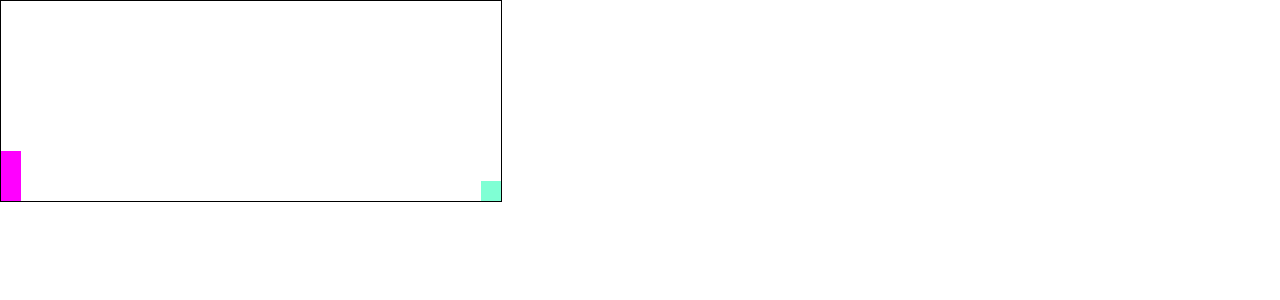
Repository: thecptwaffles/bad-game
Page: index.html
These files come from the project's save history. The page is drawn as it stood at one moment and after the next save; the edit follows.
The browser window is 1280 px wide. The pictures show the whole page.

Above is the page before, as saved 2022-02-04 20:46:39.

### index.html
<!DOCTYPE html>
<html lang="en" onclick="jump()">

<head>
    <meta charset="UTF-8">
    <meta http-equiv="X-UA-Compatible" content="IE=edge">
    <meta name="viewport" content="width=device-width, initial-scale=1.0">
    <title>Document</title>
    <link rel="stylesheet" href="style.css">
</head>

<body>
    <div id="game">
        <div id="Steve"></div>
        <div id="block"></div>
    </div>
</body>
<script src="./index.js"></script>

</html>

### style.css
* {
    padding: 0;
    margin: 0;
}

#game {
    width: 500px;
    height: 200px;
    border: 1px solid black;
}

#Steve {
    width: 20px;
    height: 50px;
    background-color: magenta;
    position: relative;
    top: 150px;
}

.animate {
    animation: jump 500ms;
}

@keyframes jump {
    0%{
        top: 150px;
    }

    30% {
        top: 100px;
    }

    70% {
        top: 100px;
    }

    100% {
        top: 150px;
    }
}

#block {
    width: 20px;
    height: 20px;
    background-color: aquamarine;
    position: relative;
    top: 130px;
    left: 480px;
    animation: block 1s infinite linear;
}

@keyframes block {
    0%{
        left: 480px;
    }

    100%{
        left: -40px;
    }
}

### index.js
var Steve = document.getElementById('Steve');
var block = document.getElementById('block');

function jump(){
    if(Steve.classList !='animate'){
        Steve.classList.add('animate');
    }
    Steve.classList.add('animate');
    setTimeout(function(){
        Steve.classList.remove('animate');
    },500)
}

var checkDead = setInterval(function(){
    var steveTop = parseInt(window.getComputedStyle(Steve).getPropertyValue('top'));

    var blockLeft = parseInt(window.getComputedStyle(block).getPropertyValue('left'));

    if(blockLeft<20 && blockLeft>0 && steveTop >= 130) {
        block.style.animation = 'none';
        alert('You Lose :(     . Better luck next time.')
    }
},10)

After the next save:
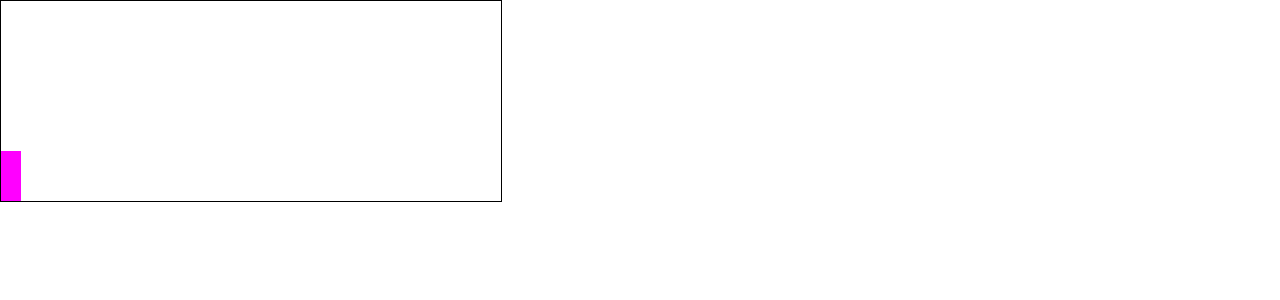
Saved 36 s later.
--- a/index.js
+++ b/index.js
@@ -18,6 +18,7 @@ var checkDead = setInterval(function(){
 
     if(blockLeft<20 && blockLeft>0 && steveTop >= 130) {
         block.style.animation = 'none';
+        block.style.display = 'none';
         alert('You Lose :(     . Better luck next time.')
     }
 },10)
